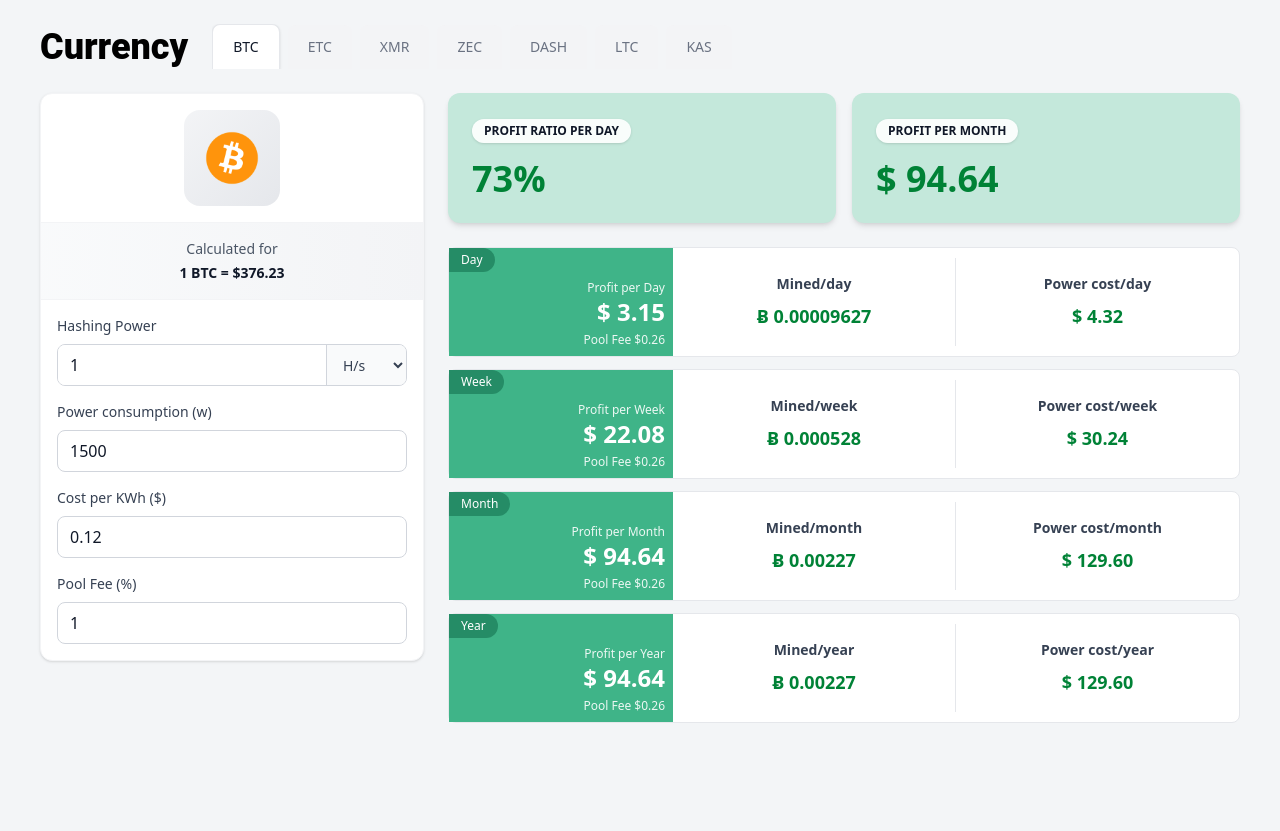
Repository: Bilal-Ahmad-CodeMaster/cryp
Page: /
An editor plug-in stored every save of this project. The page is shown before and after the next save, followed by the edit.
The browser window is 1280 px wide. The pictures show the whole page.
The project was rebuilt for these pictures with package versions that can differ from the ones it lists, and the page was loaded fresh each time. The framework's server and built-in components were replaced by stand-ins that run in the browser. Also part of the build but not shown: next.config.ts.

Above is the page before, as saved 2025-11-27 20:04:52.

### src/app/layout.tsx

import './globals.css'
import React from 'react'

export const metadata = {
  title: 'Mining Dashboard',
}

export default function RootLayout({ children }: { children: React.ReactNode }) {
  return (
    <html lang="en">
      <body className="relative min-h-screen overflow-hidden">
        {children}

      </body>
    </html>
  )
}

### src/app/page.tsx
'use client'
import React, { useState } from 'react'
import Tabs from './components/Tabs'
import HashingForm from './components/HashingForm'
import ResultCards from './components/ResultCards'
import HeroSection from './components/HeroSection'

const currencies = [
  { id: 'btc', label: 'BTC' },
  { id: 'etc', label: 'ETC' },
  { id: 'xmr', label: 'XMR' },
  { id: 'zec', label: 'ZEC' },
  { id: 'dash', label: 'DASH' },
  { id: 'ltc', label: 'LTC' },
  { id: 'kas', label: 'KAS' }
]

export default function Page() {
  const [active, setActive] = useState('btc')

  return (
    <>
      {/* <HeroSection /> */}
      <main className="min-h-screen p-4 md:p-6  bg-[#f3f5f7] pb-29 md:pb-24 ">
        <div className="max-w-[1200px] mx-auto">
          <header className="flex flex-col lg:flex-row lg:items-center gap-4 lg:gap-6 mb-6">
            <h1 className="text-3xl lg:text-4xl font-extrabold text-black text-center lg:text-left" style={{ fontFamily: '"Lobster", Roboto, Arial' }}>
              Currency
            </h1>
            <nav className="flex-1 w-full">
              <Tabs active={active} setActive={setActive} tabs={currencies} />
            </nav>
          </header>

          <div className="grid grid-cols-1 lg:grid-cols-3 gap-6">
            <div>
              <HashingForm active={active} />
            </div>

            <div className="lg:col-span-2">
              <ResultCards active={active} />
            </div>
          </div>
        </div>
      </main>
    </>
  )
}

### src/app/globals.css
@import "tailwindcss";

/* Small helpers to match the design exactly */
body {
  @apply bg-gray-50 font-sans text-gray-900 antialiased;
}

/* Hide focus indicators for all form inputs */
input:focus,
select:focus {
  outline: none !important;
  box-shadow: none;
}
.hashing-form input:focus,
.hashing-form select:focus {
  outline: none;

  box-shadow: none;
}
/* Chrome, Safari, Edge */
input[type="number"]::-webkit-inner-spin-button,
input[type="number"]::-webkit-outer-spin-button {
  -webkit-appearance: none;
  margin: 0;
}
::-webkit-scrollbar {
  width: 0px !important;
  display: none;
}

### src/app/components/Tabs.tsx
'use client'
import React, { useState } from 'react'

export default function Tabs({ active, setActive, tabs }: { active: string; setActive: (s: string) => void; tabs: { id: string; label: string }[] }) {
    const [isMenuOpen, setIsMenuOpen] = useState(false)

    return (
        <div className="w-full">
            {/* Mobile Hamburger Button */}
            <div className="lg:hidden flex justify-end mb-2">
                <button
                    onClick={() => setIsMenuOpen(!isMenuOpen)}
                    className="p-2 rounded-lg bg-gray-100 hover:bg-gray-200 transition-all border border-gray-200"
                >
                    <div className="w-6 h-6 flex flex-col justify-center space-y-1">
                        <span className={`block h-0.5 w-6 bg-gray-600 transition-all ${isMenuOpen ? 'rotate-45 translate-y-1.5' : ''}`}></span>
                        <span className={`block h-0.5 w-6 bg-gray-600 transition-all ${isMenuOpen ? 'opacity-0' : ''}`}></span>
                        <span className={`block h-0.5 w-6 bg-gray-600 transition-all ${isMenuOpen ? '-rotate-45 -translate-y-1.5' : ''}`}></span>
                    </div>
                </button>
            </div>
            {/* Tabs - Desktop & Mobile */}
            <div className={`flex flex-row gap-2 items-end overflow-x-auto scrollbar-hide ${isMenuOpen ? 'block' : 'hidden lg:flex'}`}>
                {tabs.map(t => (
                    <button
                        key={t.id}
                        onClick={() => {
                            setActive(t.id)
                            setIsMenuOpen(false)
                        }}
                        className={`flex-shrink-0 px-4 py-3 lg:px-5 lg:py-3 rounded-t-lg text-sm font-medium transition-all ${active === t.id
                            ? 'bg-white text-gray-900 border-t border-l border-r border-gray-200 shadow-sm'
                            : 'text-gray-500 hover:text-gray-700 bg-gray-100 hover:bg-gray-200'
                            }`}
                        style={{ minWidth: 56 }}
                    >
                        {t.label}
                    </button>
                ))}
            </div>
        </div>
    )
}

### src/app/components/HashingForm.tsx
'use client'
import Image from 'next/image'
import React from 'react'

export default function HashingForm({ active }: { active: string }) {
    return (
        <div className="bg-white rounded-xl shadow-sm border border-gray-100 overflow-hidden">
            <div className="p-4 border-b border-gray-100 flex items-center justify-center">
                <div className="w-20 h-20 md:w-24 md:h-24 bg-linear-to-br from-gray-100 to-gray-200 rounded-2xl flex items-center justify-center p-4">
                    <Image
                        src={`/${active.toLowerCase()}.png`}
                        alt="logo"
                        width={64}
                        height={64}
                        className="object-contain w-12 h-12 md:w-16 md:h-16"
                    />
                </div>
            </div>

            <div className="bg-linear-to-r from-gray-50 to-gray-100 text-center py-4 text-sm text-gray-600 border-b border-gray-100">
                Calculated for
                <div className="font-semibold text-gray-900 mt-1">1 {active.toUpperCase()} = $376.23</div>
            </div>

            <div className="p-4 space-y-4">
                <div>
                    <label className="block text-sm font-medium text-gray-700 mb-2">Hashing Power</label>
                    <div className="flex rounded-lg overflow-hidden border border-gray-300 focus-within:ring-2 focus-within:ring-blue-500 focus-within:border-blue-500 transition-all">
                        <input
                            type="number"
                            defaultValue={1}
                            className="flex-1 px-3 py-2 outline-none bg-white min-w-0"
                        />
                        <select className="px-3 py-2 bg-gray-50 border-l border-gray-300 text-gray-700 text-sm">
                            <option>H/s</option>
                            <option>KH/s</option>
                            <option>MH/s</option>
                            <option>GH/s</option>
                            <option>TH/s</option>
                        </select>
                    </div>
                </div>

                <div>
                    <label className="block text-sm font-medium text-gray-700 mb-2">Power consumption (w)</label>
                    <input
                        className="w-full px-3 py-2 border border-gray-300 rounded-lg focus:ring-2 focus:ring-blue-500 focus:border-blue-500 transition-all"
                        defaultValue={1500} type="number"
                    />
                </div>

                <div>
                    <label className="block text-sm font-medium text-gray-700 mb-2">Cost per KWh ($)</label>
                    <input
                        className="w-full px-3 py-2 border border-gray-300 rounded-lg focus:ring-2 focus:ring-blue-500 focus:border-blue-500 transition-all"
                        defaultValue={0.12} type="number"
                    />
                </div>

                <div>
                    <label className="block text-sm font-medium text-gray-700 mb-2">Pool Fee (%)</label>
                    <input
                        className="w-full px-3 py-2 border border-gray-300 rounded-lg focus:ring-2 focus:ring-blue-500 focus:border-blue-500 transition-all"
                        defaultValue={1} type="number"
                    />
                </div>
            </div>
        </div>
    )
}

### src/app/components/ResultCards.tsx
'use client'
import React from 'react'

interface StatRowProps {
    title: string;
    money: string;
    mined: string;
    powerCost: string;
    poolFee: string;
    positive?: boolean;
}

function StatRow({ title, money, mined, powerCost, poolFee, positive = true }: StatRowProps) {
    return (
        <div className="mb-3 rounded-lg border border-gray-200 bg-white hover:shadow-sm transition-all">
            <div className="flex flex-col md:flex-row">
                {/* First part with background color */}
                <div className={`w-full md:w-56 p-4 md:p-2 text-white relative ${positive ? 'bg-[#3FB488]' : 'bg-[#F15C5C]'}`}>
                    <div className={`text-xs font-medium inline-block px-3 py-1 rounded-r-full mb-3 absolute top-0 left-0 ${positive ? 'bg-[#258C66]' : 'bg-[#C14848]'}`}>{title}</div>
                    <div className='flex flex-col w-full justify-end items-end pt-6'>
                        <div className="text-xs opacity-90">Profit per {title}</div>
                        <div className="text-2xl font-bold mb-1">{money}</div>
                        <div className="text-xs opacity-90">Pool Fee $0.26</div>
                    </div>
                </div>

                {/* Second and third parts without background color */}
                <div className="flex-1 grid grid-cols-1 sm:grid-cols-2 items-center">
                    {/* Mined Column */}
                    <div className="text-center border-b sm:border-b-0 sm:border-r border-gray-200 py-4">
                        <div className="text-sm font-semibold text-gray-700 mb-2">Mined/{title.toLowerCase()}</div>
                        <div className={`text-lg font-bold text-gray-800 ${positive ? 'text-green-700' : 'text-red-700'}`}>{mined}</div>
                    </div>

                    {/* Power Cost Column */}
                    <div className="text-center py-4">
                        <div className="text-sm font-semibold text-gray-700 mb-2">Power cost/{title.toLowerCase()}</div>
                        <div className={`text-lg font-bold text-gray-800 ${positive ? 'text-green-700' : 'text-red-700'}`}>{powerCost}</div>
                    </div>
                </div>
            </div>
        </div>
    )
}

export default function ResultCards({ active }: { active: string }) {
    const positive = active !== 'etc'

    // Get currency symbol based on active tab
    const getCurrencySymbol = () => {
        switch (active.toLowerCase()) {
            case 'btc': return 'Ƀ'
            case 'etc': return 'Ξ'
            case 'xmr': return 'ɱ'
            case 'zec': return 'ⓩ'
            case 'dash': return 'Đ'
            case 'ltc': return 'Ł'
            case 'kas': return 'Ҝ'
            default: return 'Ƀ'
        }
    }

    const currencySymbol = getCurrencySymbol()

    return (
        <div>
            <div className="grid grid-cols-1 md:grid-cols-2 gap-4 mb-6">
                <div className={`rounded-xl p-6 shadow-md ${positive ? 'bg-[#C4E8DB]' : 'bg-[#FFE0E0]'}`}>
                    <div className="text-xs font-semibold bg-white/90 inline-block px-3 py-1 rounded-full shadow">PROFIT RATIO PER DAY</div>
                    <div className={`text-3xl md:text-4xl font-bold mt-4 ${positive ? 'text-green-700' : 'text-red-700'}`}>{positive ? '73%' : '-70%'}</div>
                </div>

                <div className={`rounded-xl p-6 shadow-md ${positive ? 'bg-[#C4E8DB]' : 'bg-[#FFE0E0]'}`}>
                    <div className="text-xs font-semibold bg-white/90 inline-block px-3 py-1 rounded-full shadow">PROFIT PER MONTH</div>
                    <div className={`text-3xl md:text-4xl font-bold mt-4 ${positive ? 'text-green-700' : 'text-red-700'}`}>{positive ? '$ 94.64' : '$ -90.66'}</div>
                </div>
            </div>

            {/* Time Period Cards */}
            <div>
                <StatRow
                    title="Day"
                    money="$ 3.15"
                    mined={`${currencySymbol} 0.00009627`}
                    powerCost="$ 4.32"
                    poolFee="$ 0.07550"
                    positive={positive}
                />
                <StatRow
                    title="Week"
                    money="$ 22.08"
                    mined={`${currencySymbol} 0.000528`}
                    powerCost="$ 30.24"
                    poolFee="$ 0.528"
                    positive={positive}
                />
                <StatRow
                    title="Month"
                    money="$ 94.64"
                    mined={`${currencySymbol} 0.00227`}
                    powerCost="$ 129.60"
                    poolFee="$ 2.27"
                    positive={positive}
                />
                <StatRow
                    title="Year"
                    money="$ 94.64"
                    mined={`${currencySymbol} 0.00227`}
                    powerCost="$ 129.60"
                    poolFee="$ 2.27"
                    positive={positive}
                />
            </div>
        </div>
    )
}

After the next save:
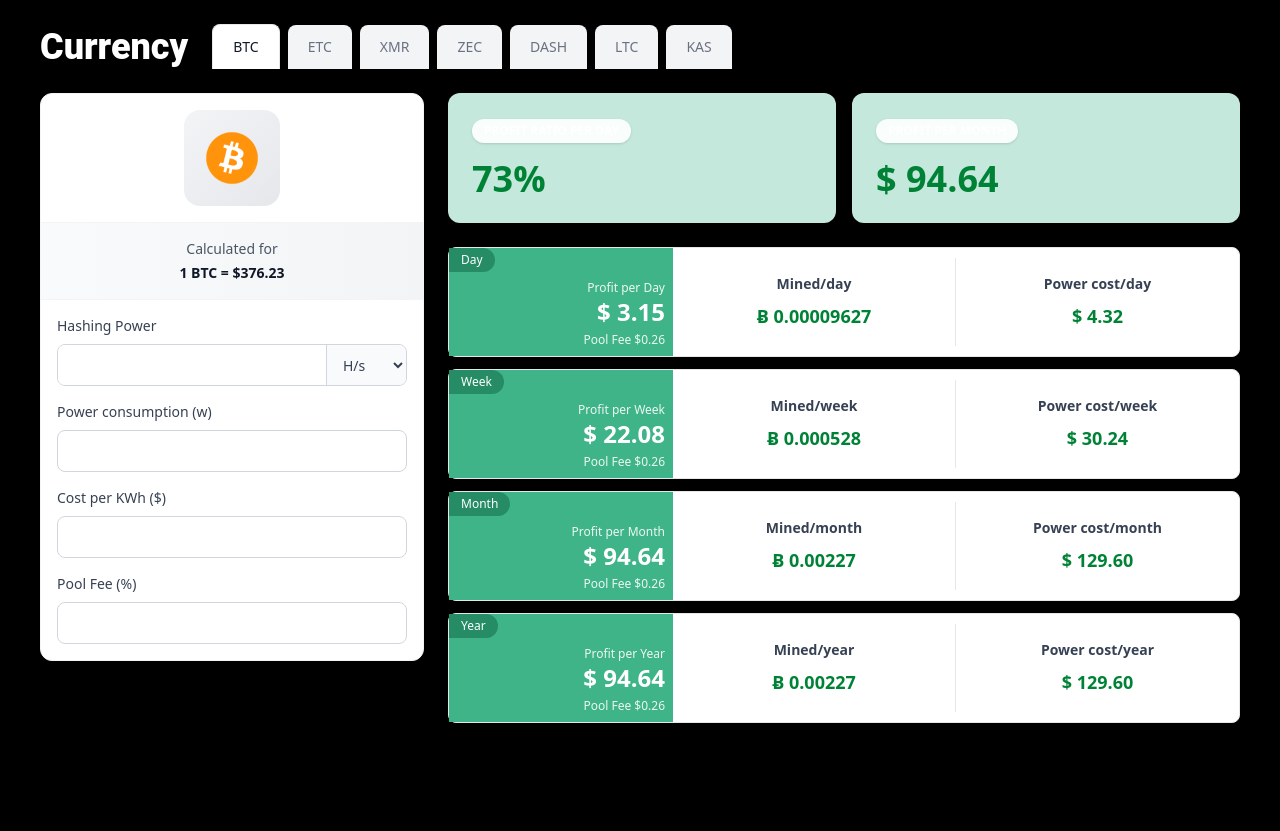
Saved 39 s later.
--- a/src/app/page.tsx
+++ b/src/app/page.tsx
@@ -21,10 +21,10 @@
   return (
     <>
       {/* <HeroSection /> */}
-      <main className="min-h-screen p-4 md:p-6  bg-[#f3f5f7] pb-29 md:pb-24 ">
+      <main className="min-h-screen p-4 md:p-6 bg-black text-white pb-29 md:pb-24">
         <div className="max-w-[1200px] mx-auto">
           <header className="flex flex-col lg:flex-row lg:items-center gap-4 lg:gap-6 mb-6">
-            <h1 className="text-3xl lg:text-4xl font-extrabold text-black text-center lg:text-left" style={{ fontFamily: '"Lobster", Roboto, Arial' }}>
+            <h1 className="text-3xl lg:text-4xl font-extrabold text-white text-center lg:text-left" style={{ fontFamily: '"Lobster", Roboto, Arial' }}>
               Currency
             </h1>
             <nav className="flex-1 w-full">

After the save that followed:
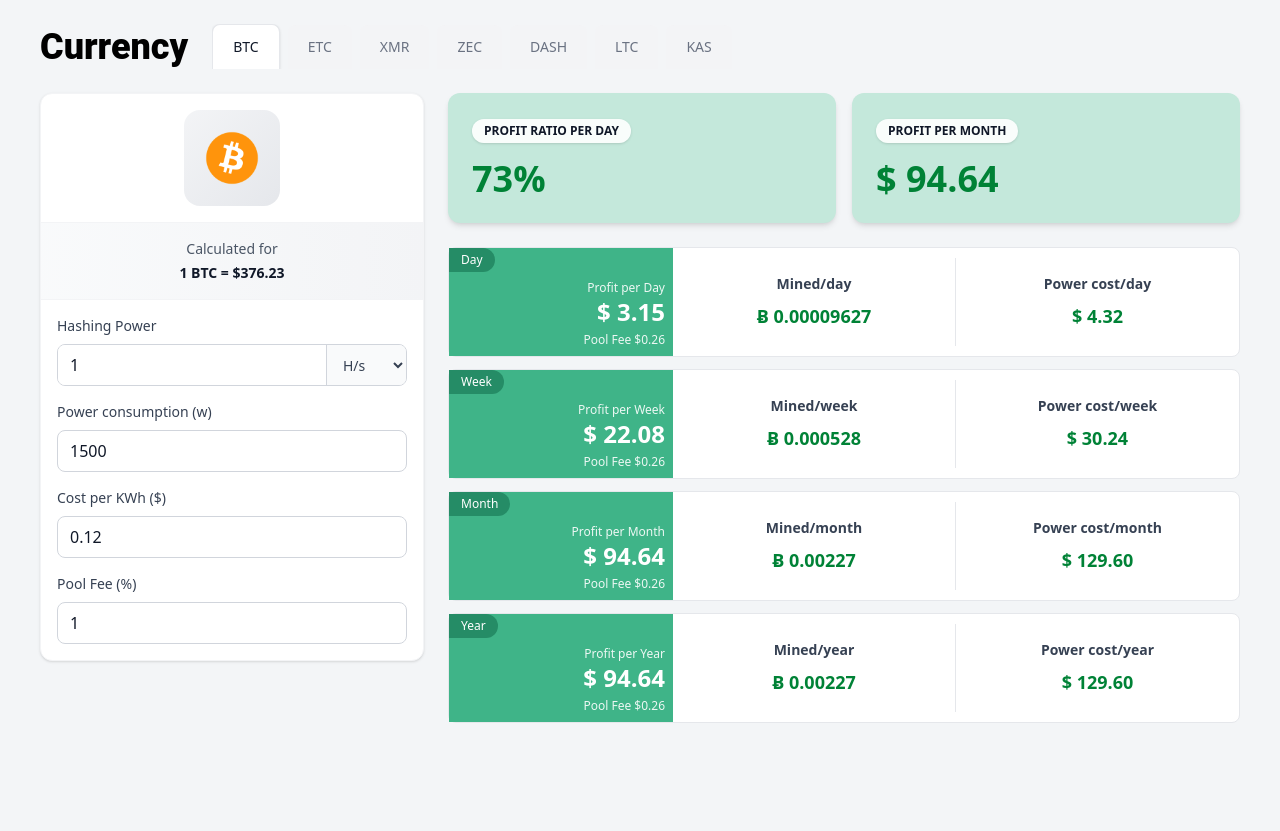
Saved 5 min 28 s later.
--- a/src/app/page.tsx
+++ b/src/app/page.tsx
@@ -21,10 +21,10 @@
   return (
     <>
       {/* <HeroSection /> */}
-      <main className="min-h-screen p-4 md:p-6 bg-black text-white pb-29 md:pb-24">
+      <main className="min-h-screen p-4 md:p-6  bg-[#f3f5f7] pb-29 md:pb-24 ">
         <div className="max-w-[1200px] mx-auto">
           <header className="flex flex-col lg:flex-row lg:items-center gap-4 lg:gap-6 mb-6">
-            <h1 className="text-3xl lg:text-4xl font-extrabold text-white text-center lg:text-left" style={{ fontFamily: '"Lobster", Roboto, Arial' }}>
+            <h1 className="text-3xl lg:text-4xl font-extrabold text-black text-center lg:text-left" style={{ fontFamily: '"Lobster", Roboto, Arial' }}>
               Currency
             </h1>
             <nav className="flex-1 w-full">
